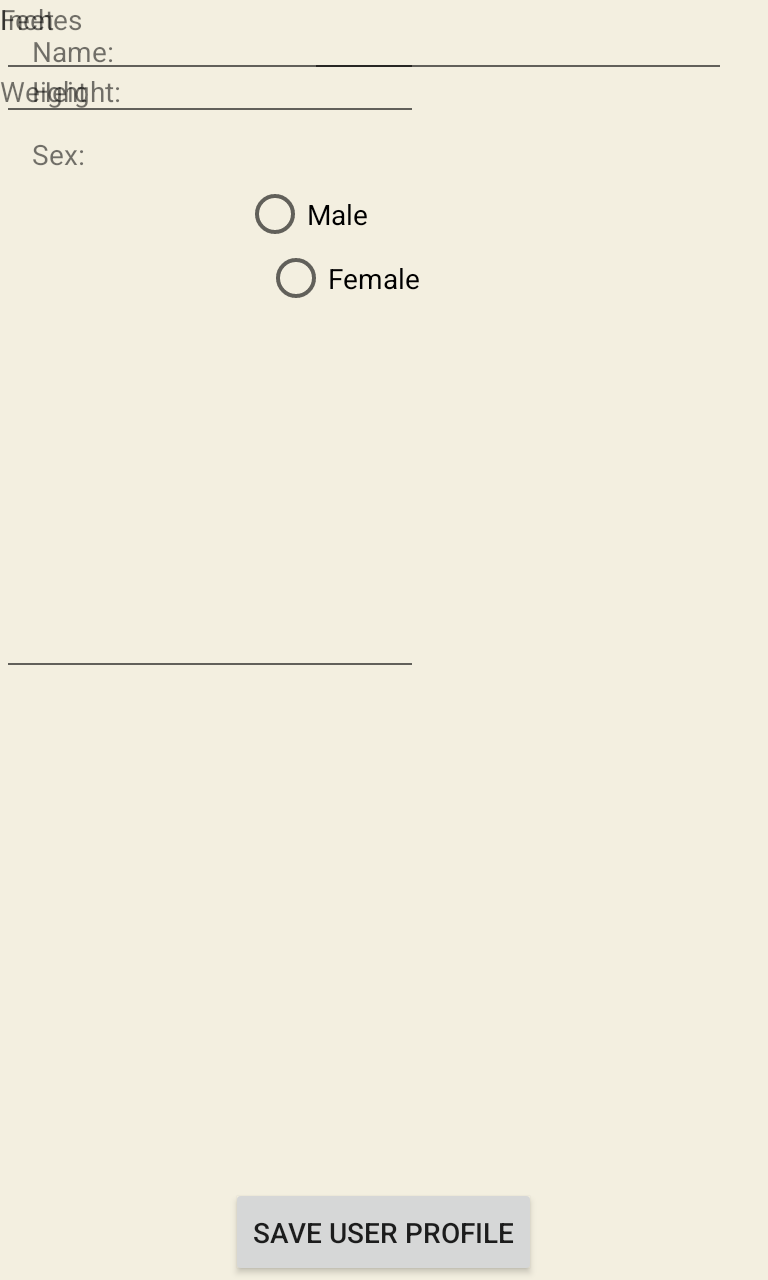
Repository: CS185Wingman/wingman
Layout: Workspace/wingman/res/layout/user_settings.xml
These files come from the project's save history. The layout is drawn as it stood at one moment and after the next save; the edit follows.
It is drawn on a 768 x 1280 px phone screen (xhdpi) without system bars, with theme AppTheme; the app's code is not run.

Above is the layout before, as saved 2014-06-06 04:28:29.

### Workspace/wingman/res/layout/user_settings.xml
<?xml version="1.0" encoding="utf-8"?>
<RelativeLayout xmlns:android="http://schemas.android.com/apk/res/android"
    android:layout_width="wrap_content"
    android:layout_height="wrap_content"
    android:background="@color/offwhite" >

    <TextView
        android:id="@+id/nameLabel"
        android:layout_width="wrap_content"
        android:layout_height="wrap_content"
        android:layout_alignParentLeft="true"
        android:layout_alignParentTop="true"
        android:layout_marginLeft="16dp"
        android:layout_marginTop="16dp"
        android:text="Name:" />

    <EditText
        android:id="@+id/nameField"
        android:layout_width="wrap_content"
        android:layout_height="wrap_content"
        android:layout_alignParentRight="true"
        android:layout_marginRight="20dp"
        android:ems="10"
        android:inputType="textPersonName" />

    <TextView
        android:id="@+id/sexLabel"
        android:layout_width="wrap_content"
        android:layout_height="wrap_content"
        android:layout_alignLeft="@+id/nameLabel"
        android:layout_below="@+id/nameField"
        android:layout_marginTop="26dp"
        android:text="Sex:" />

    <RadioGroup
    android:layout_width="fill_parent"
    android:layout_height="wrap_content"
    android:orientation="vertical">
    </RadioGroup>

    <TextView
        android:id="@+id/heightLabel"
        android:layout_width="wrap_content"
        android:layout_height="wrap_content"
        android:layout_alignLeft="@+id/sexLabel"
        android:layout_marginTop="36dp"
        android:text="Height:" />

    <EditText
        android:id="@+id/heightField"
        android:layout_width="wrap_content"
        android:layout_height="wrap_content"
        android:ems="10"
        android:inputType="number" >

        />
    </EditText>

    <EditText
        android:id="@+id/inchesField"
        android:layout_width="wrap_content"
        android:layout_height="wrap_content"
        android:layout_centerVertical="true"
        android:ems="10"
        android:inputType="number" />

    <TextView
        android:id="@+id/feetLabel"
        android:layout_width="wrap_content"
        android:layout_height="wrap_content"
        android:text="Feet" />

    <TextView
        android:id="@+id/inchesLabel"
        android:layout_width="wrap_content"
        android:layout_height="wrap_content"
        android:text="Inches" />

    <TextView
        android:id="@+id/weightLabel"
        android:layout_width="wrap_content"
        android:layout_height="wrap_content"
        android:layout_marginTop="36dp"
        android:text="Weight" />

    <EditText
        android:id="@+id/weightField"
        android:layout_width="wrap_content"
        android:layout_height="wrap_content"
        android:layout_alignBaseline="@+id/weightLabel"
        android:layout_alignBottom="@+id/weightLabel"
        android:layout_alignLeft="@+id/inchesField"
        android:ems="10"
        android:inputType="number" />

    <Button
        android:id="@+id/saveSettingsButton"
        android:layout_width="wrap_content"
        android:layout_height="wrap_content"
        android:layout_alignParentBottom="true"
        android:layout_centerHorizontal="true"
        android:text="Save User Profile" />

    <RadioButton
        android:id="@+id/maleButton"
        android:layout_width="wrap_content"
        android:layout_height="wrap_content"
        android:layout_alignRight="@+id/weightField"
        android:layout_below="@+id/weightField"
        android:layout_marginRight="26dp"
        android:layout_marginTop="28dp"
        android:text="Male" />

    <RadioButton
        android:id="@+id/femaleButton"
        android:layout_width="wrap_content"
        android:layout_height="wrap_content"
        android:layout_alignRight="@+id/inchesField"
        android:layout_below="@+id/maleButton"
        android:text="Female" />

</RelativeLayout>

### Workspace/wingman/res/values/colors.xml
<?xml version="1.0" encoding="utf-8"?>
<resources>
    <color name="red">#ff0000</color>
    <color name="green">#00ff00</color>
    <color name="orange">#ff6600</color>
    <color name="blue">#0066FF</color>
    <color name="grey">#696969</color>
    <color name="teal">#217c7e</color>
    <color name="offwhite">#f3efe0</color>
    <color name="lightblue">#3399ff</color>
    <color name="darkred">#9a3334</color>
</resources>

Loaded but not shown: Workspace/wingman/res/values/styles.xml (common file); Workspace/wingman/res/values-v11/styles.xml (common file); Workspace/wingman/res/values-v14/styles.xml (common file)

After the next save:
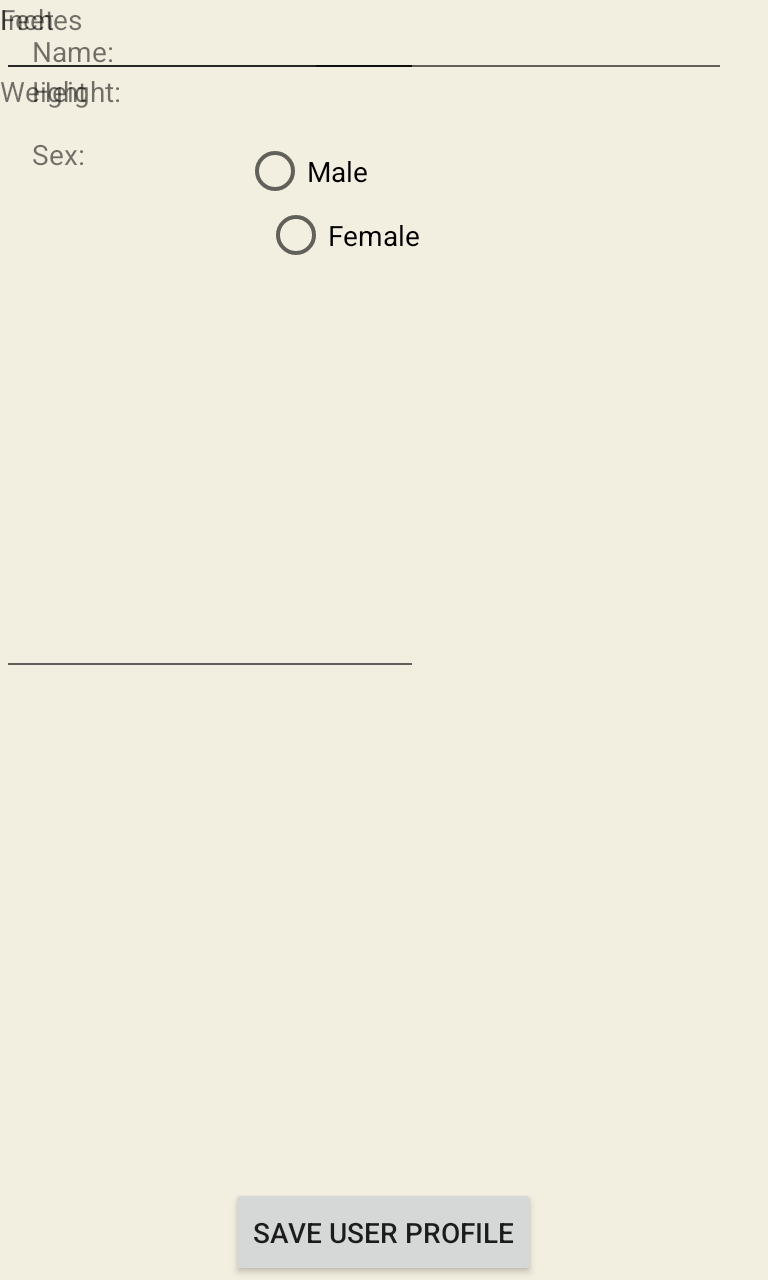
Saved 5 s later.
--- a/Workspace/wingman/res/layout/user_settings.xml
+++ b/Workspace/wingman/res/layout/user_settings.xml
@@ -87,9 +87,6 @@
         android:id="@+id/weightField"
         android:layout_width="wrap_content"
         android:layout_height="wrap_content"
-        android:layout_alignBaseline="@+id/weightLabel"
-        android:layout_alignBottom="@+id/weightLabel"
-        android:layout_alignLeft="@+id/inchesField"
         android:ems="10"
         android:inputType="number" />
 
